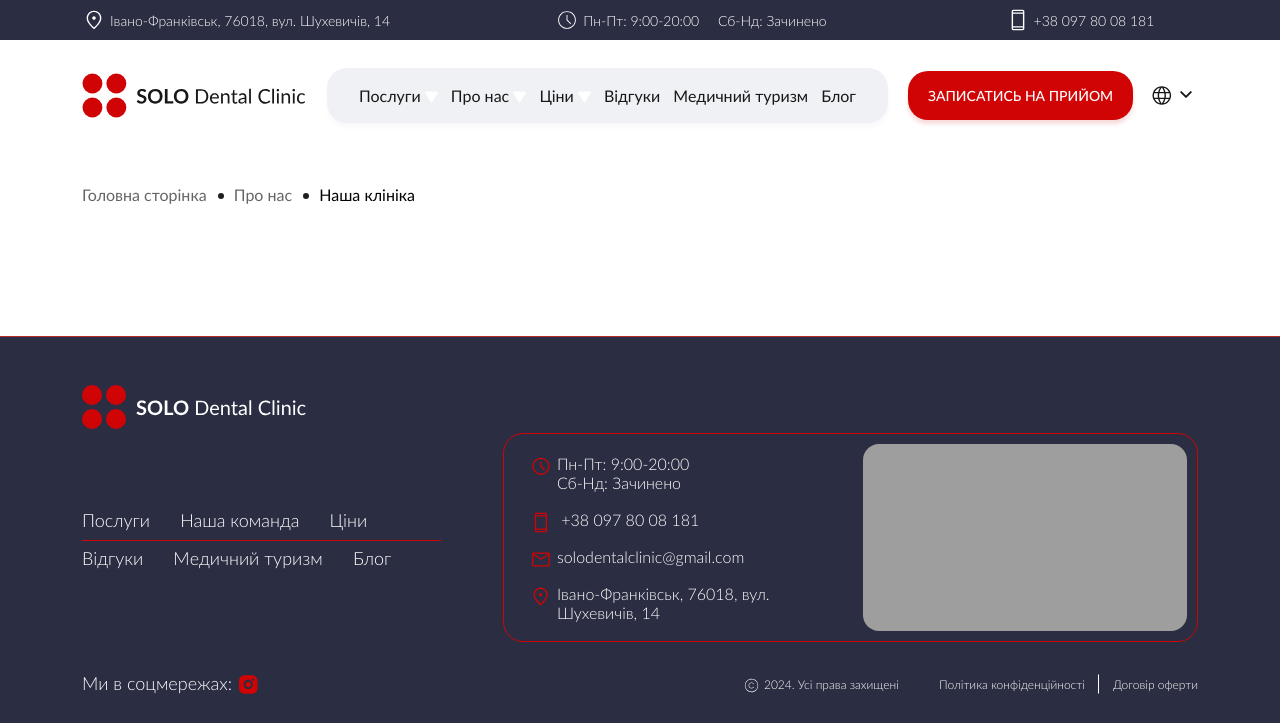
Repository: TarasDutchak/dental-clinic
Page: about.html
The author's editor kept a copy of each file at every save. The page is drawn from the files as they stood at one save, then again after the next save.
The browser window is 1280 px wide. The pictures show the whole page.
Pictures or frames that could not be fetched are drawn as grey boxes.

Above is the page before, as saved 2024-12-30 08:48:07.

After the next save:
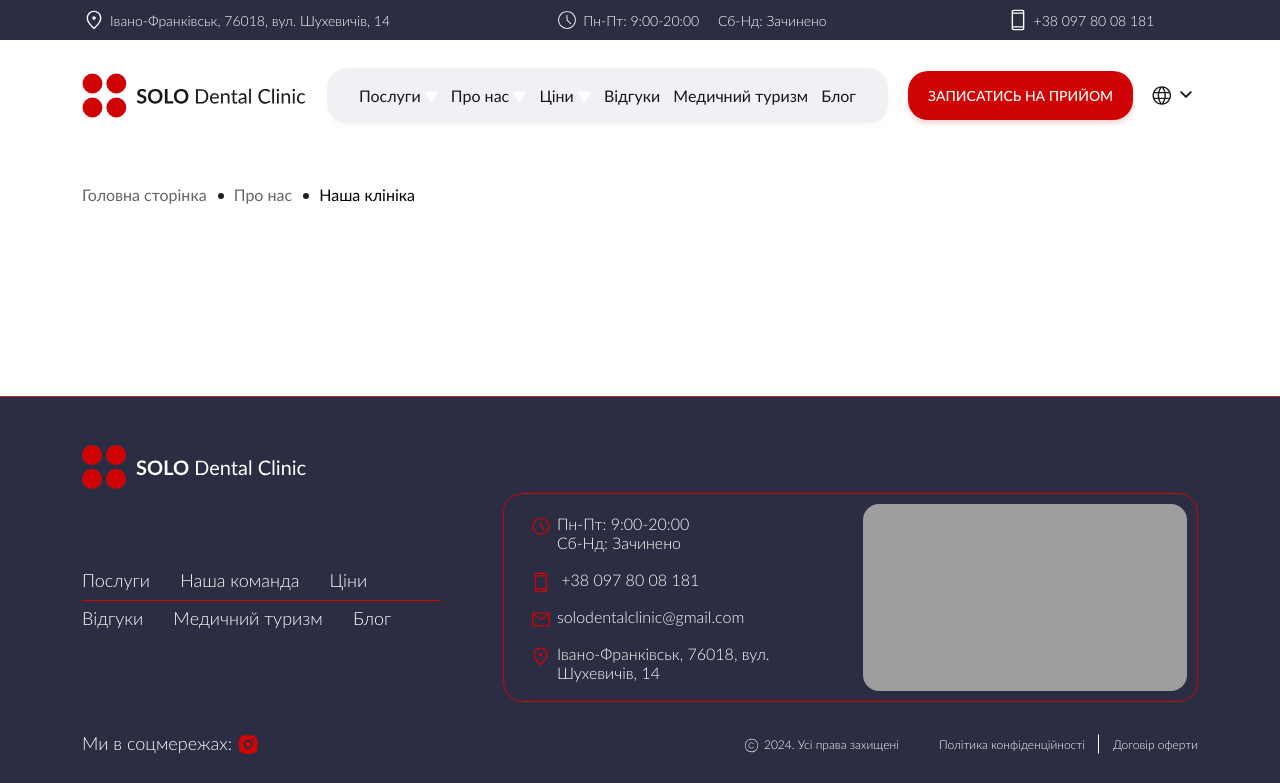
Saved 53 s later.
--- a/about.html
+++ b/about.html
@@ -161,6 +161,11 @@
                 </ul>
             </div>
         </div>
+
+        <div class="aboutsect">
+
+        </div>
+
 
 
     </main>
